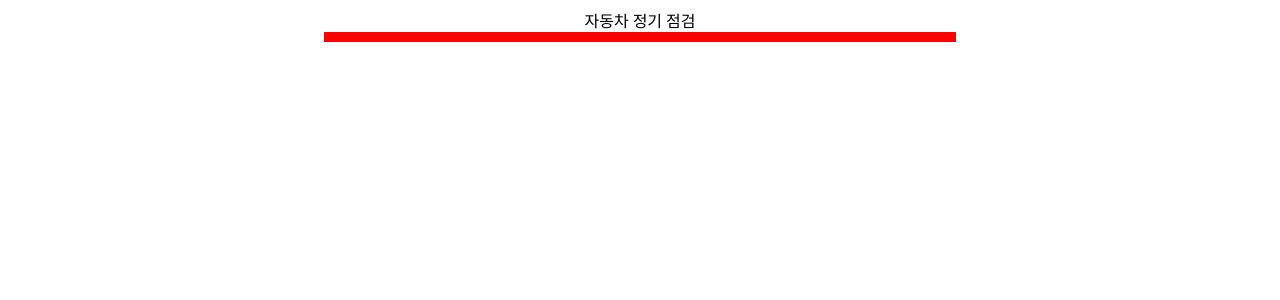
Repository: jjb5442/JSP
Page: 3Day/workspace/02_HTML_tutorial/src/main/webapp/Quiz.html
An editor plug-in stored every save of this project. The page is shown before and after the next save, followed by the edit.
The browser window is 1280 px wide. The pictures show the whole page.

Above is the page before, as saved 2022-05-14 04:38:23.

After the next save:
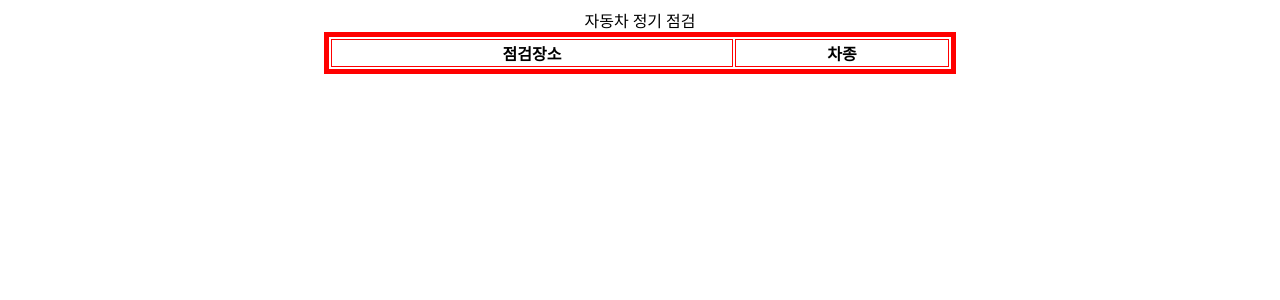
Saved 46 s later.
--- a/3Day/workspace/02_HTML_tutorial/src/main/webapp/Quiz.html
+++ b/3Day/workspace/02_HTML_tutorial/src/main/webapp/Quiz.html
@@ -8,6 +8,10 @@
 	<table align="center" border="5" bordercolor="red" cellspacing="2"
 		width="50%" height="50%">
 		<caption>자동차 정기 점검</caption>
+		<tr>
+			<th>점검장소</th>
+			<th colspan="2">차종</th>
+		</tr>
 	</table>
 </body>
 </html>
